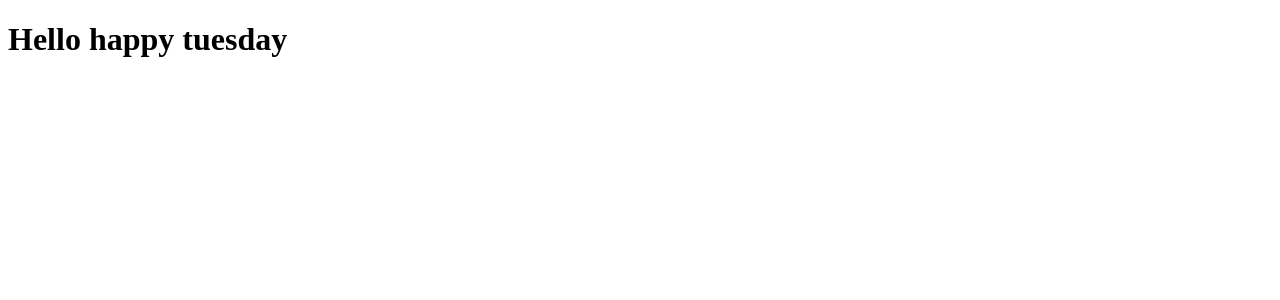
Repository: ZawMinKhantOrLeon/JavaEEWS
Page: http://localhost/jsp_servlet/scriptlet.jsp
These files come from the project's save history. The page is drawn as it stood at one moment and after the next save; the edit follows.
The browser window is 1280 px wide. The pictures show the whole page.
The page is served by Tomcat 10. Other server files are loaded and not shown.

Above is the page before, as saved 2024-02-14 09:35:05.

### jsp_servlet/src/main/webapp/scriptlet.jsp
<%@page import="java.time.DayOfWeek"%>
<%@page import="java.time.LocalDateTime"%>
<%@ page language="java" contentType="text/html; charset=ISO-8859-1"
    pageEncoding="ISO-8859-1"%>
<!DOCTYPE html>
<html>
<head>
<meta charset="ISO-8859-1">
<title>Scriptlet</title>
</head>
<body>

		<%

		LocalDateTime dateTime=LocalDateTime.now();
		DayOfWeek dOfW=  dateTime.getDayOfWeek();

		String message ="";
		switch(dOfW){

		case MONDAY:
			message= " Hello happy monday";
			break;
		case TUESDAY:
			message= " Hello happy tuesday";
			break;
		case WEDNESDAY:
			message= " Hello happy wednesdy";
			break;
		case THURSDAY:
			message= " Hello happy thursday";
			break;
		case FRIDAY:
			message= " Hello happy friday";
			break;
		case SATURDAY:
			message= " Hello happy saturday";
			break;
		case SUNDAY:
			message= " Hello happy sunday";
			break;

		default:
			message="Invalid Date";
			break;
		}

		out.print("<h1>"+ message +"</h1>");

		%>

</body>
</html>

After the next save:
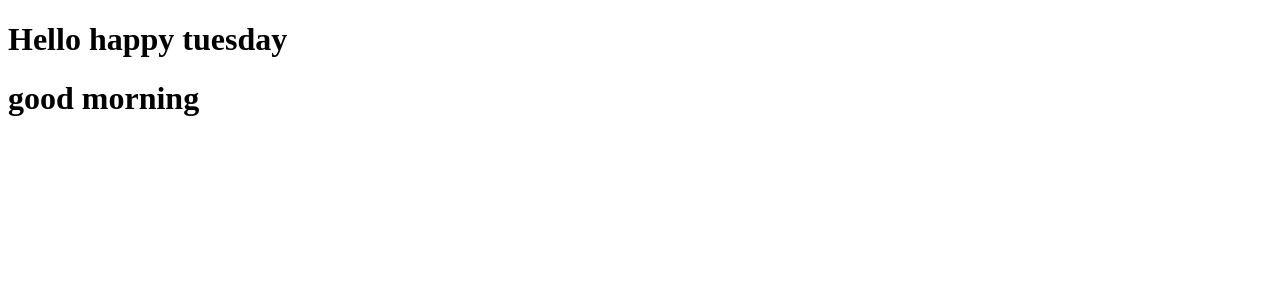
Saved 2 min 49 s later.
--- a/jsp_servlet/src/main/webapp/scriptlet.jsp
+++ b/jsp_servlet/src/main/webapp/scriptlet.jsp
@@ -14,6 +14,7 @@
 
 		LocalDateTime dateTime=LocalDateTime.now();
 		DayOfWeek dOfW=  dateTime.getDayOfWeek();
+
 
 		String message ="";
 		switch(dOfW){
@@ -47,6 +48,23 @@
 
 		out.print("<h1>"+ message +"</h1>");
 
+		int hour = dateTime.getHour();
+		String message2 ="";
+		if(hour >= 21){
+			message2="Good Night";
+		}
+		else if (hour >= 16 ){
+			message2 = "Good Evening";
+		}
+		else if(hour >=12 ){
+			message2="Good afternoon";
+		}
+		else{
+			message2="good morning";
+		}
+
+		out.print("<h1>"+ message2 + "</h1>");
+
 		%>
 
 </body>
